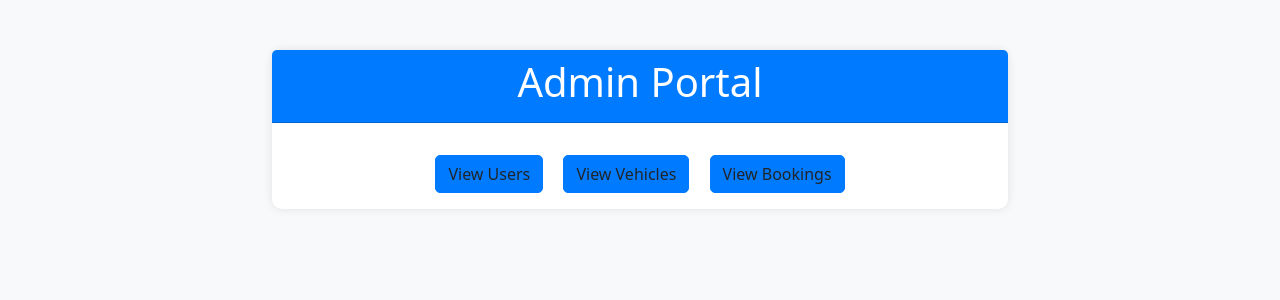
Repository: VimashaVishvani/VehicleRental
Page: http://localhost/Vehicle_rentalDb/admin.jsp
The author's editor kept a copy of each file at every save. The page is drawn from the files as they stood at one save, then again after the next save.
The browser window is 1280 px wide. The pictures show the whole page.
The page is served by Tomcat 9.

Above is the page before, as saved 2024-05-04 20:26:35.

After the next save:
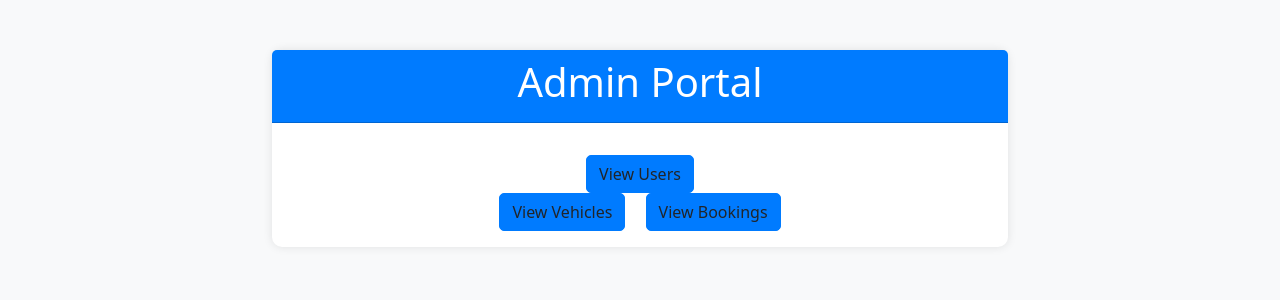
Saved 6 s later.
--- a/Vehicle_rentalDb/src/main/webapp/admin.jsp
+++ b/Vehicle_rentalDb/src/main/webapp/admin.jsp
@@ -67,7 +67,8 @@
                     </table>
                     <div class="text-center">
                         <!-- Buttons for navigating to other pages -->
-                        <a href="viewUsers.jsp" class="btn btn-custom mx-2">View Users</a>
+
+                        <form action="viewUser" method="get"><button  class="btn btn-custom mx-2">View Users</button></form>
                         <a href="viewVehicles.jsp" class="btn btn-custom mx-2">View Vehicles</a>
                         <a href="viewBookings.jsp" class="btn btn-custom mx-2">View Bookings</a>
                     </div>
